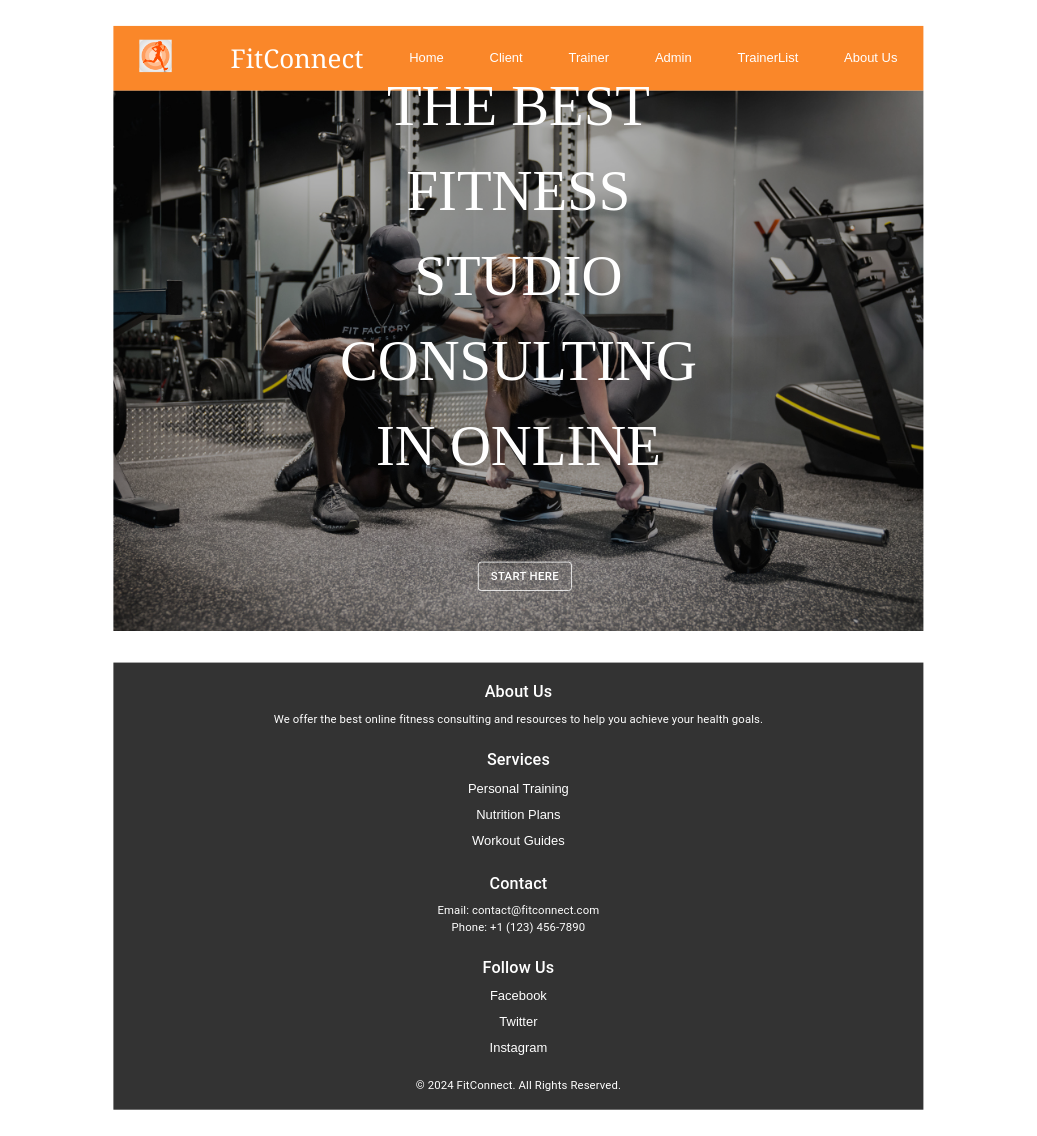
Repository: sarathraj2002/fitconnect
Page: / (app in Frontend/)
The author's editor kept a copy of each file at every save. The page is drawn from the files as they stood at one save, then again after the next save.
The browser window is 1280 px wide. The pictures show the whole page, at 81% of full size.
The project was rebuilt for these pictures with package versions that can differ from the ones it lists, and the page was loaded fresh each time. Also part of the build but not shown: Frontend/vite.config.js, Frontend/src/components/ClientPage.jsx, Frontend/src/components/TrainerPage.jsx, Frontend/src/components/AdminPage.jsx, Frontend/src/components/TrainerListPage.jsx, Frontend/src/components/AboutUs.jsx, Frontend/src/components/ClientRegister.css, Frontend/src/components/ClientRegister.jsx and 1 more.

Above is the page before, as saved 2024-11-11 23:36:55.

### Frontend/index.html
<!doctype html>
<html lang="en">
  <head>
    <meta charset="UTF-8" />
    <link rel="icon" type="image/svg+xml" href="/vite.svg" />
    <meta name="viewport" content="width=device-width, initial-scale=1.0" />
    <title>FitConnect</title>
  </head>
  <body>
    <div id="root"></div>
    <script type="module" src="/src/main.jsx"></script>
  </body>
</html>

### Frontend/src/App.jsx
import React from 'react';
import { useState } from 'react'
import './App.css'
import { Route, Routes } from 'react-router-dom';
import NavBar from './components/NavBar';
import ClientPage from './components/ClientPage';
import TrainerPage from './components/TrainerPage';
import AdminPage from './components/AdminPage';
import TrainerListPage from './components/TrainerListPage';
import AboutUs from './components/AboutUs.jsx';
import Home from './components/Home.jsx';
import ClientRegister from './components/ClientRegister.jsx';
import Blog from './components/Blog.jsx';

function App() {
  const [count, setCount] = useState(0)

  return (
    <>


      <NavBar />
      <Routes>
        <Route path="/" element={<Home />}></Route>
        <Route path="/client" element={<ClientPage />}></Route>
        <Route path="/trainer" element={<TrainerPage />} ></Route>
        <Route path="/admin" element={<AdminPage />}></Route>
        <Route path="/trainerlist" element={<TrainerListPage />}></Route>
        <Route path="/about" element={<AboutUs />}></Route>
        <Route path="/register" element={<ClientRegister />}></Route>
        <Route path="/starthere" element={<Blog/>}></Route>
      </Routes>



    </>
  )
}

export default App

### Frontend/src/components/Navbar.jsx
import React from 'react';
import { Link } from 'react-router-dom';
import './navbar.css';
import { assets } from '../assets/assets';
const Navbar = () => {
  return (
     <nav className="navbar">
    {/* Logo */}
    <div className="navbar-logo">
      <img src={assets.logo} alt="Logo" />
    </div>
    <div className='head'>
      FitConnect
    </div>


        <Link to="/" style={{textDecoration:'none',color:'white'}}>Home</Link>
        <Link to="/client" style={{textDecoration:'none',color:'white'}}>Client</Link>
        <Link to="/trainer" style={{textDecoration:'none',color:'white'}}>Trainer</Link>
        <Link to="/admin" style={{textDecoration:'none',color:'white'}}>Admin</Link>
        <Link to="/trainerlist" style={{textDecoration:'none',color:'white'}}>TrainerList</Link>
        <Link to="/about" style={{textDecoration:'none',color:'white'}}>About Us</Link>

    </nav>
  );
};

export default Navbar;

### Frontend/src/components/Home.jsx
import React from 'react'
import { assets } from '../assets/assets'
import Button from '@mui/material/Button';
import { Stack } from '@mui/material';
import { Link } from 'react-router-dom';
import Footer from './Footer';

const Home = () => {
  return (

    <>

    <div className='img' style={{ position: 'relative', textAlign: 'center' }}>

    <img
      style={{  width: '100%',filter: 'brightness(70%)' }}
      src={assets.head1}
      alt=""
    />
    <p
      style={{
        position: 'absolute',
        top: '50%',
        left: '50%',
        transform: 'translate(-50%, -50%)',
        color: 'white',
        fontSize: '70px',

        fontFamily:'fantasy'
      }}
    >
      THE BEST FITNESS STUDIO CONSULTING IN ONLINE
      <Stack spacing={2} direction="row" alignItems="center"
      justifyContent="center"
      style={{ height: '30vh' }} >

      <Link to="/starthere" style={{ textDecoration: 'none' }}></Link>
      <Button variant="outlined" sx={{ color: 'white', borderColor: 'white' }}>START HERE</Button>
    </Stack>

    </p>




    </div>
    <Footer />
    </>
  )
}

export default Home;

### Frontend/src/components/Navbar.css
* {
  margin: 0;
  padding: 0;
  box-sizing: border-box;
}

body {
  font-family: Arial, sans-serif;
}

.navbar {
  display: flex;
  align-items: center;
  justify-content: space-between;
  background-color: #fa8729;
  padding: 1rem 2rem;
  color: white;
  width: 100%;
}

.navbar-logo img {
  height: 40px;
  width: auto;
}

.head {
  font-size: xx-large;
  font-family: Georgia, 'Times New Roman', Times, serif;
  color: white;
  margin-left: 1rem;
}

.navbar-links {
  display: flex;
  gap: 1.5rem;
  list-style: none;
  margin-left: auto; /* Align links to the right */
}

.navbar-links a {
  text-decoration: none;
  color: white;
  font-size: 1rem;
  transition: color 0.3s ease;
}

.navbar-links a:hover {
  color: #ec7819;
}

.navbar-toggle {
  display: none;
  font-size: 1.5rem;
  color: white;
  cursor: pointer;
}

/* Mobile view adjustments */
@media (max-width: 768px) {
  .navbar {
      flex-direction: column;
      align-items: flex-start;
  }

  .navbar-links {
      display: none;
      flex-direction: column;
      width: 100%;
      background-color: #fa8729;
      position: absolute;
      top: 100%;
      left: 0;
      padding: 1rem 2rem;
      border-radius: 0;
  }

  .navbar-links.open {
      display: flex;
  }

  .navbar-toggle {
      display: block;
  }

  .head {
      margin-left: 0;
      margin-bottom: 1rem;
  }
}

### Frontend/src/assets/assets.js
import logo from './logo.png';
import head1 from './head1.png'

export const assets={
    logo,
    head1
};

### Frontend/src/components/Footer.jsx

import React from 'react';
import { Box, Typography, Link, Stack } from '@mui/material';

const Footer = () => {
  return (
    <Box
      component="footer"
      sx={{
        backgroundColor: '#333',
        color: 'white',
        padding: '20px 0',
        textAlign: 'center',
        mt: 4
      }}
    >
      <Stack
        direction={{ xs: 'column' }}
        spacing={3}
        justifyContent="center"
        alignItems="center"
      >

        <Box>
          <Typography variant="h6">About Us</Typography>
          <Typography variant="body2" sx={{ mt: 1 }}>
            We offer the best online fitness consulting and resources to help you achieve your health goals.
          </Typography>
        </Box>


        <Box>
          <Typography variant="h6">Services</Typography>
          <Link href="/services" color="inherit" underline="none" sx={{ display: 'block', mt: 1 }}>
            Personal Training
          </Link>
          <Link href="/services" color="inherit" underline="none" sx={{ display: 'block', mt: 1 }}>
            Nutrition Plans
          </Link>
          <Link href="/services" color="inherit" underline="none" sx={{ display: 'block', mt: 1 }}>
            Workout Guides
          </Link>
        </Box>


        <Box>
          <Typography variant="h6">Contact</Typography>
          <Typography variant="body2" sx={{ mt: 1 }}>Email: contact@fitconnect.com</Typography>
          <Typography variant="body2">Phone: +1 (123) 456-7890</Typography>
        </Box>


        <Box>
          <Typography variant="h6">Follow Us</Typography>
          <Link href="https://facebook.com" color="inherit" underline="none" sx={{ display: 'block', mt: 1 }}>
            Facebook
          </Link>
          <Link href="https://twitter.com" color="inherit" underline="none" sx={{ display: 'block', mt: 1 }}>
            Twitter
          </Link>
          <Link href="https://instagram.com" color="inherit" underline="none" sx={{ display: 'block', mt: 1 }}>
            Instagram
          </Link>
        </Box>
      </Stack>


      <Typography variant="body2" sx={{ mt: 3 }}>
        &copy; {new Date().getFullYear()} FitConnect. All Rights Reserved.
      </Typography>
    </Box>
  );
};

export default Footer;

Loaded but not shown: Frontend/src/main.jsx (common file); Frontend/src/index.css (common file); Frontend/src/App.css (common file)

After the next save:
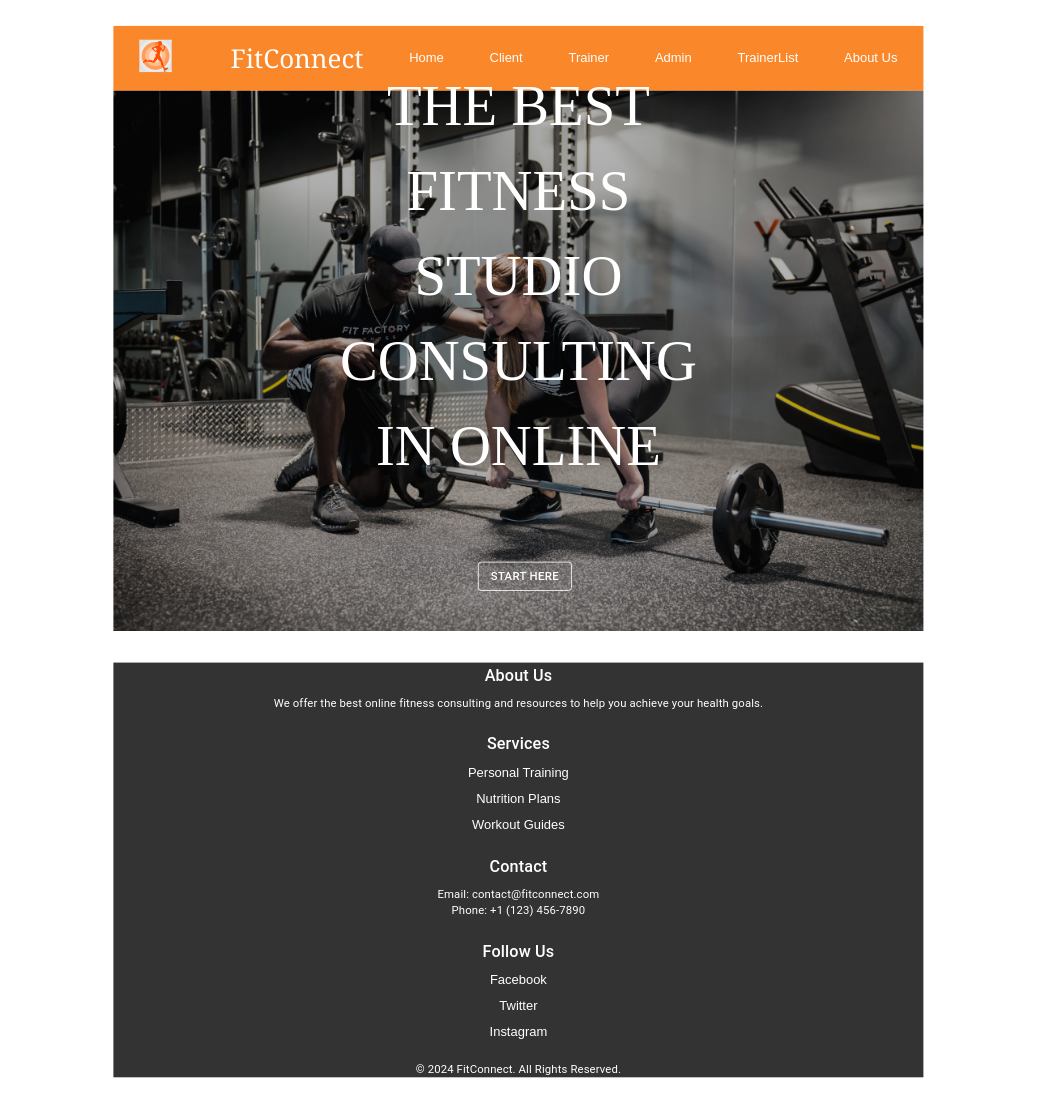
Saved 17 s later.
--- a/Frontend/src/components/Footer.jsx
+++ b/Frontend/src/components/Footer.jsx
@@ -9,7 +9,7 @@
       sx={{
         backgroundColor: '#333',
         color: 'white',
-        padding: '20px 0',
+        // padding: '20px 0',
         textAlign: 'center',
         mt: 4
       }}

After the save that followed:
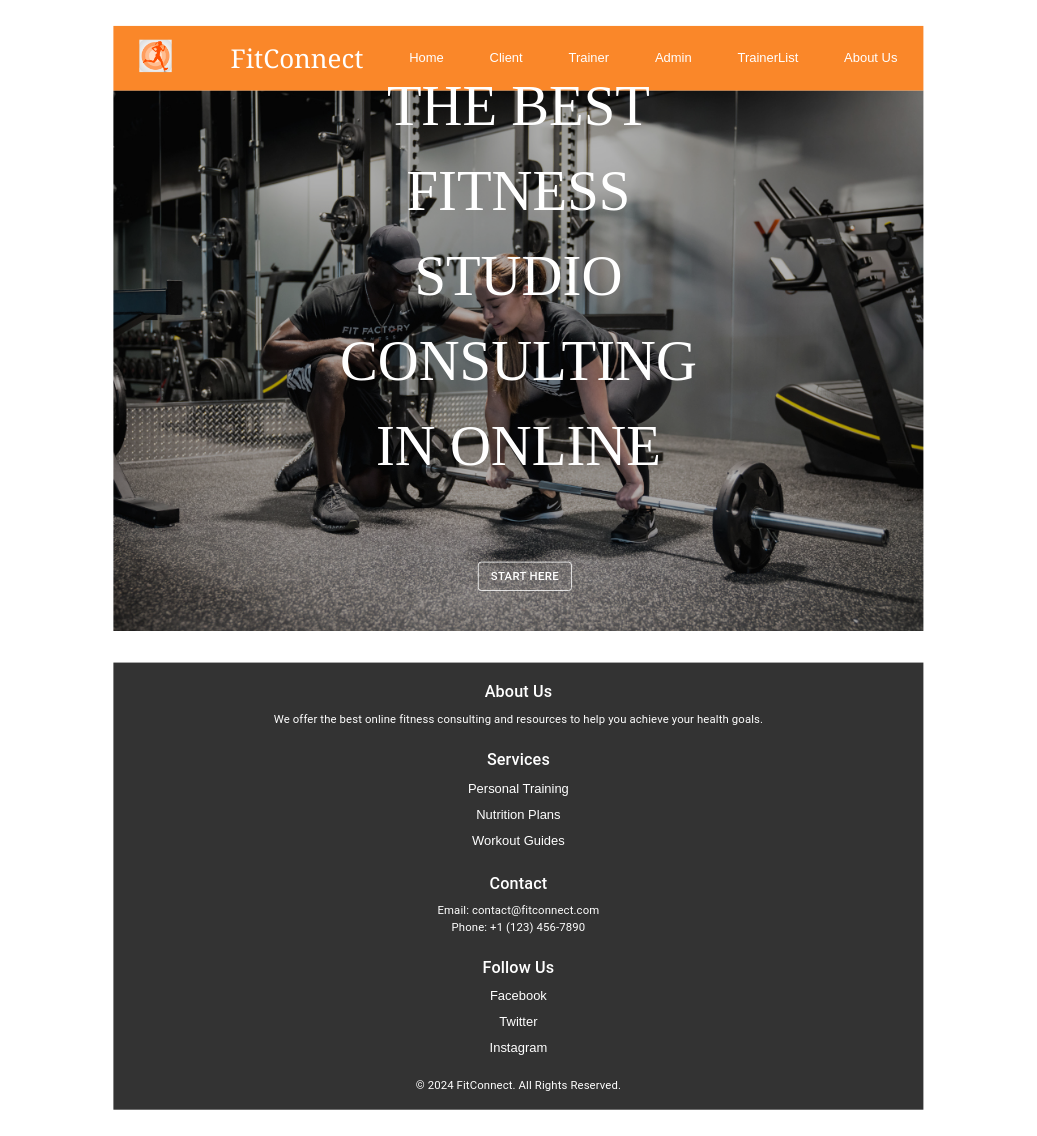
Saved 7 s later.
--- a/Frontend/src/components/Footer.jsx
+++ b/Frontend/src/components/Footer.jsx
@@ -9,7 +9,7 @@
       sx={{
         backgroundColor: '#333',
         color: 'white',
-        // padding: '20px 0',
+        padding: '20px 0',
         textAlign: 'center',
         mt: 4
       }}
